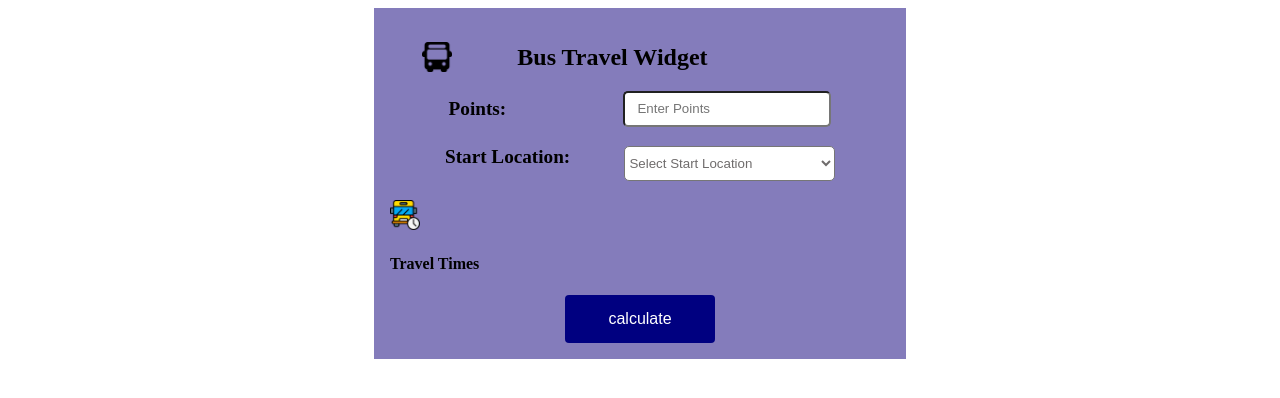
Repository: lasity34/bus_travel
Page: index.html
The author's editor kept a copy of each file at every save. The page is drawn from the files as they stood at one save, then again after the next save.
The browser window is 1280 px wide. The pictures show the whole page.

Above is the page before, as saved 2023-05-31 10:50:05.

### index.html
<!DOCTYPE html>
<html lang="en">
  <head>
    <meta charset="UTF-8" />
    <meta http-equiv="X-UA-Compatible" content="IE=edge" />
    <meta name="viewport" content="width=device-width, initial-scale=1.0" />
    <link href="./style.css" rel="stylesheet" />
    <title>Bus travel</title>
  </head>
  <body>
    <div class="widget_container">
      <header>
        <img src="./images/bus.png" width="30" height="30" />
        <h2>Bus Travel Widget</h2>
      </header>
      <section>
        <div class="points_container">
          <label for="points">Points:</label>
          <input
            type="number"
            name="points"
            id="points"
            placeholder="Enter Points"
          />
        </div>
        <div class="start_location_container">
          <label for="dropdown">Start Location:</label>
          <select id="dropdown" name="dropdown">
            <option value="select_location">Select Start Location</option>
            <option value="atlantis">Atlantis</option>
            <option value="pinelands">Pinelands</option>
            <option value="milnerton">Milnerton</option>
          </select>
        </div>
      </section>
      <section class="calculate_container">
        <div class="calculate_title">
            <img src="./images/bus_time.png" width="30" height="30" />
            <h4>Travel Times</h4>
        </div>
      </section>
      <button class="calculate_btn">calculate</button>
      <script src="./bus_travel_factory.js"></script>
      <script src="./bus_travel.js"></script>
    </div>
  </body>
</html>

### style.css


.widget_container {
   margin: 0 auto;
   display: flex;
   flex-direction: column;
   justify-content: center;
    background-color: rgb(132, 124, 187);
    width: 70%;
    max-width: 500px;
    font-weight: bold;
    padding: 1em;
}

header {
    display: flex;
    align-items: center;
    justify-content: space-around;
    width: 70%;
}

.points_container  {
    display: flex;
    width: 100%;
    justify-content: space-around;
    align-items: center;
}

.points_container label {
    font-size: 1.2rem;
}

.points_container input {
    border-radius: 5px;
    height: 30px;
    text-indent: 10px;
    width: 40%;
}

input[type='number']::-webkit-inner-spin-button,
input[type='number']::-webkit-outer-spin-button {
    -webkit-appearance: none;
    margin: 0;
}

input[type='number'] {
    -moz-appearance: textfield;
}

.start_location_container {
    padding: 1em 0;
    display: flex;
    margin: 0 auto;
    justify-content: space-between;
    width: 78%;
    font-size: 1.2rem;
    max-width: 500px;
}

select {
    background-color: white;
    width: 54%;
    height: 35px;
    border-radius: 5px;
    color: rgb(111, 108, 108);
}

option {
    font-weight: lighter;

}

button {
    background-color: #000080; /* Dark Blue */
    border: none;
    color: white;
    text-align: center;
    display: inline-block;
    font-size: 16px;
    transition-duration: 0.4s;
    cursor: pointer;
    padding: 15px 32px;
    border-radius: 4px;
    width: 30%;
    margin: 0 auto;
  }

  button:hover {
    background-color: #0000FF; /* Blue */
    color: white;
  }

### bus_travel_factory.js



function bus_travel_factory() {

    let points = 0
    let location = ""

    function points_input(input) {
        points = input
    }




    function bus_location(input) {
        if (input === "milnerton") {
            location = "milnerton"
        } else if (input === "atlantis") {
            location = 'atlantis'
        } else if (input === 'pinelands') {
            location = 'pinelands'
        } else if (input === 'select_location') {
            location = 'select_location'
        }
    }



    function points_value() {
        return points
    }

    function location_return() {
        return location
    }


    return {
        points_input,
        points_value,
        bus_location,
        location_return
    }
}

### bus_travel.js

const points_value = document.querySelector("#points").value
const calculate_btn = document.querySelector(".calculate_btn")
const location_select = document.querySelector("#dropdown")

const bus_instance = bus_travel_factory()

function bus_travel() {

    bus_instance.points_input(points_value)
}

function bus_location() {
    const selected_value = this.value
    bus_instance.bus_location(selected_value)
}

location_select.addEventListener("change", bus_location)


calculate_btn.addEventListener("click", bus_travel)

After the next save:
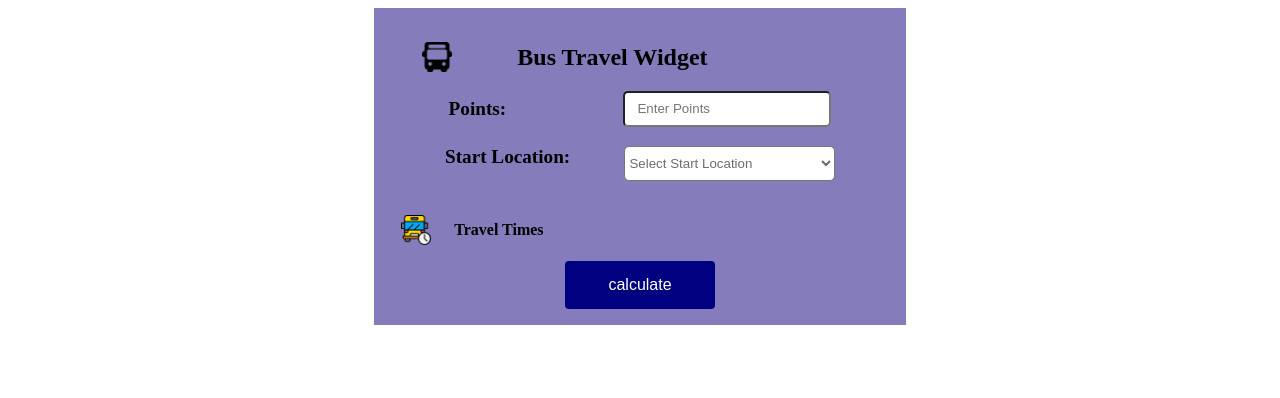
Saved 96 s later.
--- a/style.css
+++ b/style.css
@@ -89,3 +89,14 @@ button {
     background-color: #0000FF; /* Blue */
     color: white;
   }
+
+  .calculate_title {
+    display: flex;
+    width: 33%;
+    justify-content: space-around;
+    align-content: center;
+  }
+
+  .calculate_title img {
+    align-self: center;
+  }
